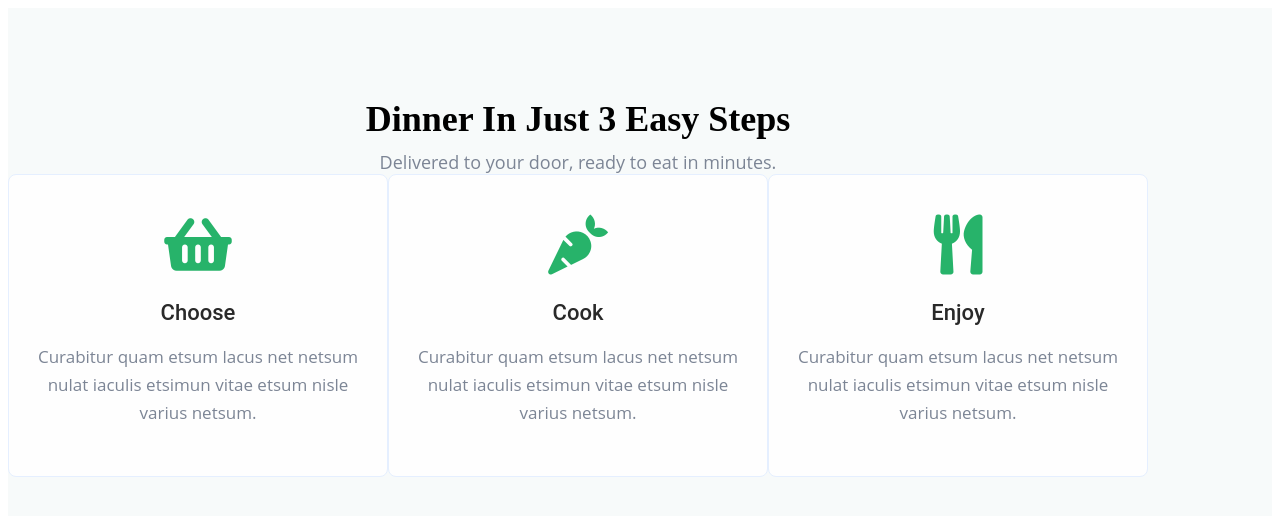
Repository: ST-United-Internship/leadpage
Page: wrapper-UI.html
An editor plug-in stored every save of this project. The page is shown before and after the next save, followed by the edit.
The browser window is 1280 px wide. The pictures show the whole page.

Above is the page before, as saved 2023-03-15 14:12:58.

### wrapper-UI.html
<!DOCTYPE html>
<html lang="en">
<head>
    <meta charset="UTF-8">
    <meta http-equiv="X-UA-Compatible" content="IE=edge">
    <meta name="viewport" content="width=device-width, initial-scale=1.0">
    <title>Document</title>
    <link rel="stylesheet" href="css/wrapper-UI.css">
    <link rel="stylesheet" href="css/common.css">
    <link rel="stylesheet" href="https://use.fontawesome.com/releases/v5.15.4/css/all.css" integrity="sha384-DyZ88mC6Up2uqS4h/KRgHuoeGwBcD4Ng9SiP4dIRy0EXTlnuz47vAwmeGwVChigm" crossorigin="anonymous"/>
</head>
<body>
    <section>
        <div class="about">
            <div class="title-text">
                <h2>Dinner In Just 3 Easy Steps</h2>
                <p>Delivered to your door, ready to eat in minutes.</p>
            </div>
            <div class="card-container">
                <div class="card-title">
                    <div class="card-wrapper">
                        <i class="fas fa-shopping-basket"></i>
                        <h3>Choose</h3>
                        <p>Curabitur quam etsum lacus net netsum nulat iaculis etsimun vitae etsum nisle varius netsum.</p>
                    </div>
                    <div class="card-wrapper">
                        <i class="fas fa-carrot"></i>
                        <h3>Cook</h3>
                        <p>Curabitur quam etsum lacus net netsum nulat iaculis etsimun vitae etsum nisle varius netsum.</p>
                    </div>
                    <div class="card-wrapper">
                        <i class="fas fa-utensils"></i>
                        <h3>Enjoy</h3>
                        <p>Curabitur quam etsum lacus net netsum nulat iaculis etsimun vitae etsum nisle varius netsum.</p>
                    </div>
                </div>
                <div></div>
                <div></div>
            </div>
        </div>
    </section>
</body>
</html>

### css/wrapper-UI.css
section{
    background: #f7fafa;
    padding: 90px 0 100px 0;
}
.about{
    background-color: #f7fafa;
}

.about .title-text{
    text-align: center;
    /* padding: 90px; */
}

.about .title-text h2{
    font-size: 36px;
    margin: 0px 0px 10px 0px;
}

.about .title-text p{
    font-size: 18px;
    font-family: 'Open Sans', sans-serif;
    margin: 0;
    font-weight: 400;
    color: #7c8595;
}

/* .about .card-coutainer{
    display: flex;
    background-color: #fefefe;
}


.about .card-coutainer .card-title{
    text-align: center;
    width: 18%;
}
.card-wrapper{
    transition: transform 0.5s linear;
}
.card-wrapper:hover {
  border: 1px solid #27b36a;
  transform: scale(1.05, 1.05);
} */

/* .about{
    background-color:#f7fafa ;
} */

/* .about .card-container{
    width: 50%;
} */
.about .card-container .card-title {
    display: flex;
    /* position: relative; */
    /* justify-content: space-evenly; */
}

.card-wrapper{
    background-color: #FeFeFe;
    text-align: center;
    transition: transform 0.5s linear;
    padding: 40px 15px 32px 15px;
    transition: all 1s;
    border: 1px solid #e5efff;
    border-radius: 8px 8px;
}

.card-wrapper:hover{
    border: 1px solid #27b36a;
    transform: scale(1.05, 1.05);
}

.about .card-container .card-title .card-wrapper i{
    margin-bottom: 25px;
    font-size: 60px;
    color: #27b36a;
}

.about .card-container .card-title .card-wrapper p{
    font-size: 17px;
    line-height: 28px;
    font-weight: 400;
    color: #7c8595;
    font-family: 'Open Sans', sans-serif;
}

.about .card-container .card-title .card-wrapper h3{
    font-size: 22px;
    font-weight: 500;
    color: #292929;
    margin: 0px 0px 15px 0px;
    font-family: 'Roboto', sans-serif;
    line-height: 26.4px;
}


@media (min-width: 1200px){
.about {
    max-width: 1140px;}
}

### css/common.css
.container {
  max-width: 80%;
  margin: auto;
  border: 1px solid blue;
}
.card {
  width: 400px;
}
.space-vertical {
  padding: 20px 0;
}

.space-horizontal {
  padding: 0 20px;
}

*,
**,
*::before,
*::after {
  box-sizing: border-box;
}

After the next save:
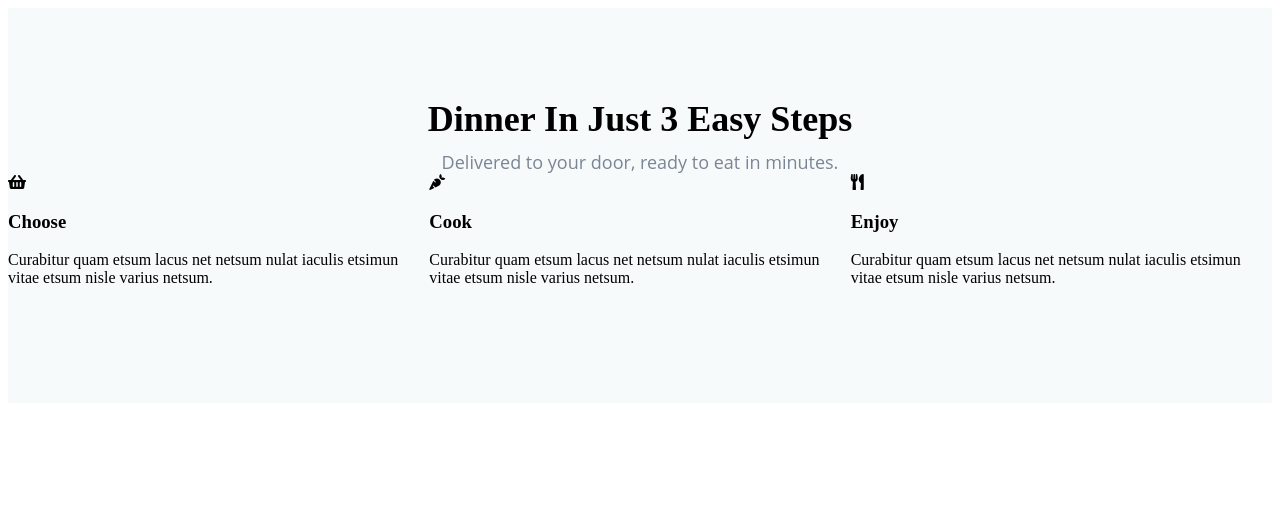
Saved 22 s later.
--- a/css/wrapper-UI.css
+++ b/css/wrapper-UI.css
@@ -55,7 +55,7 @@ section{
     /* justify-content: space-evenly; */
 }
 
-.card-wrapper{
+/* .card-wrapper{
     background-color: #FeFeFe;
     text-align: center;
     transition: transform 0.5s linear;
@@ -97,4 +97,4 @@ section{
 @media (min-width: 1200px){
 .about {
     max-width: 1140px;}
-}
+} */

After the save that followed:
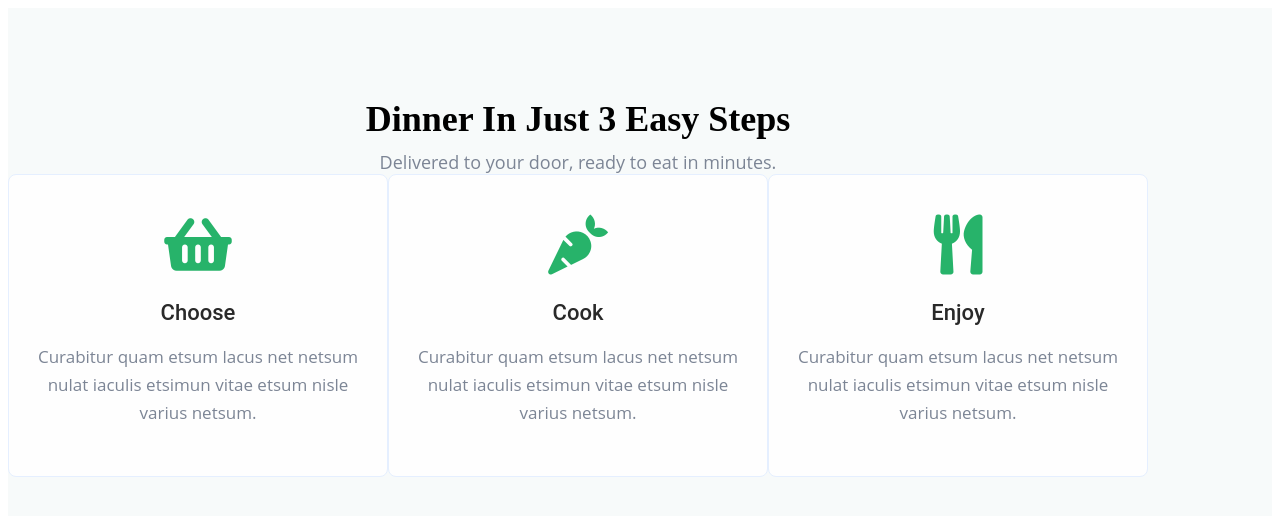
Saved 10 s later.
--- a/css/wrapper-UI.css
+++ b/css/wrapper-UI.css
@@ -55,7 +55,7 @@ section{
     /* justify-content: space-evenly; */
 }
 
-/* .card-wrapper{
+.card-wrapper{
     background-color: #FeFeFe;
     text-align: center;
     transition: transform 0.5s linear;
@@ -97,4 +97,4 @@ section{
 @media (min-width: 1200px){
 .about {
     max-width: 1140px;}
-} */
+}
